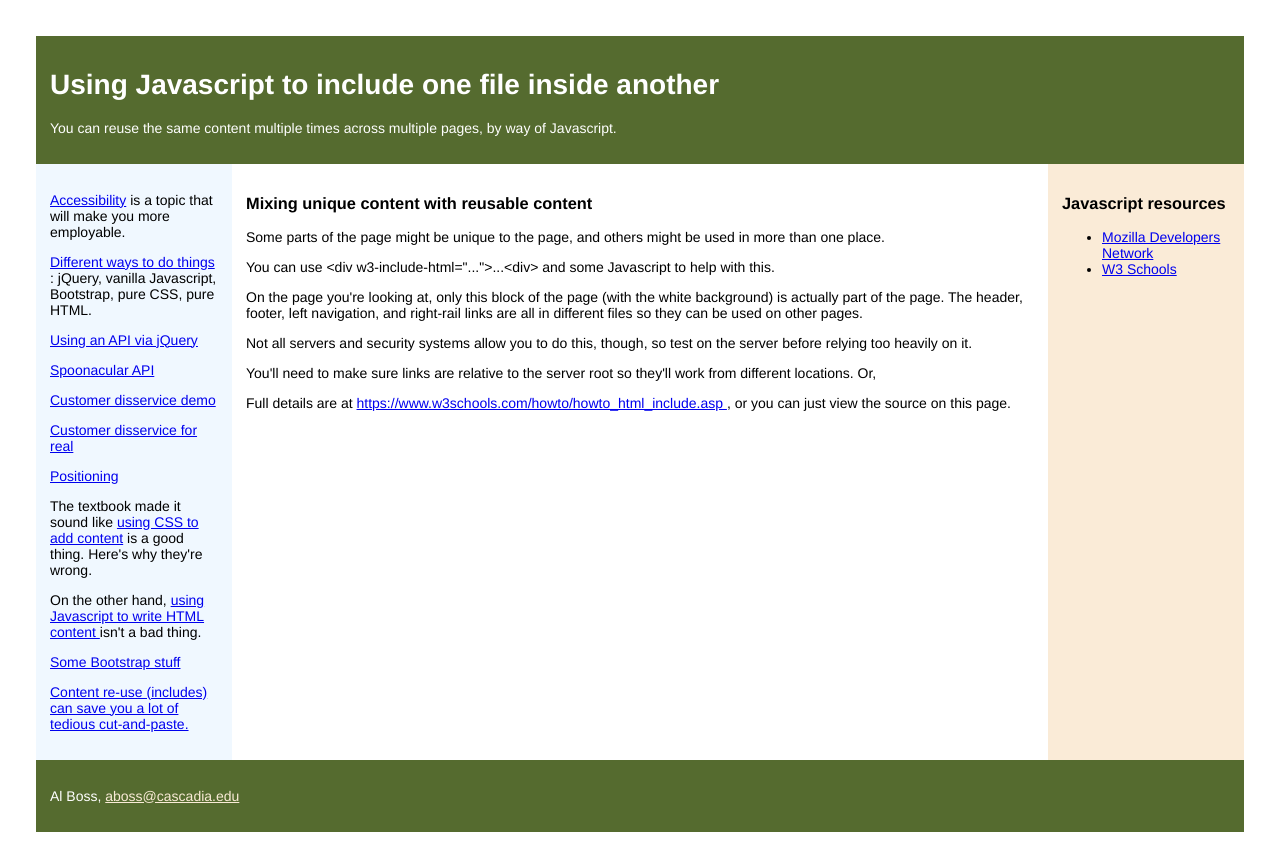
Repository: alboss/bit-175
Page: docs/includes-index.html
These files come from the project's save history. The page is drawn as it stood at one moment and after the next save; the edit follows.
The browser window is 1280 px wide. The pictures show the whole page.

Above is the page before, as saved 2023-05-10 17:26:39.

After the next save:
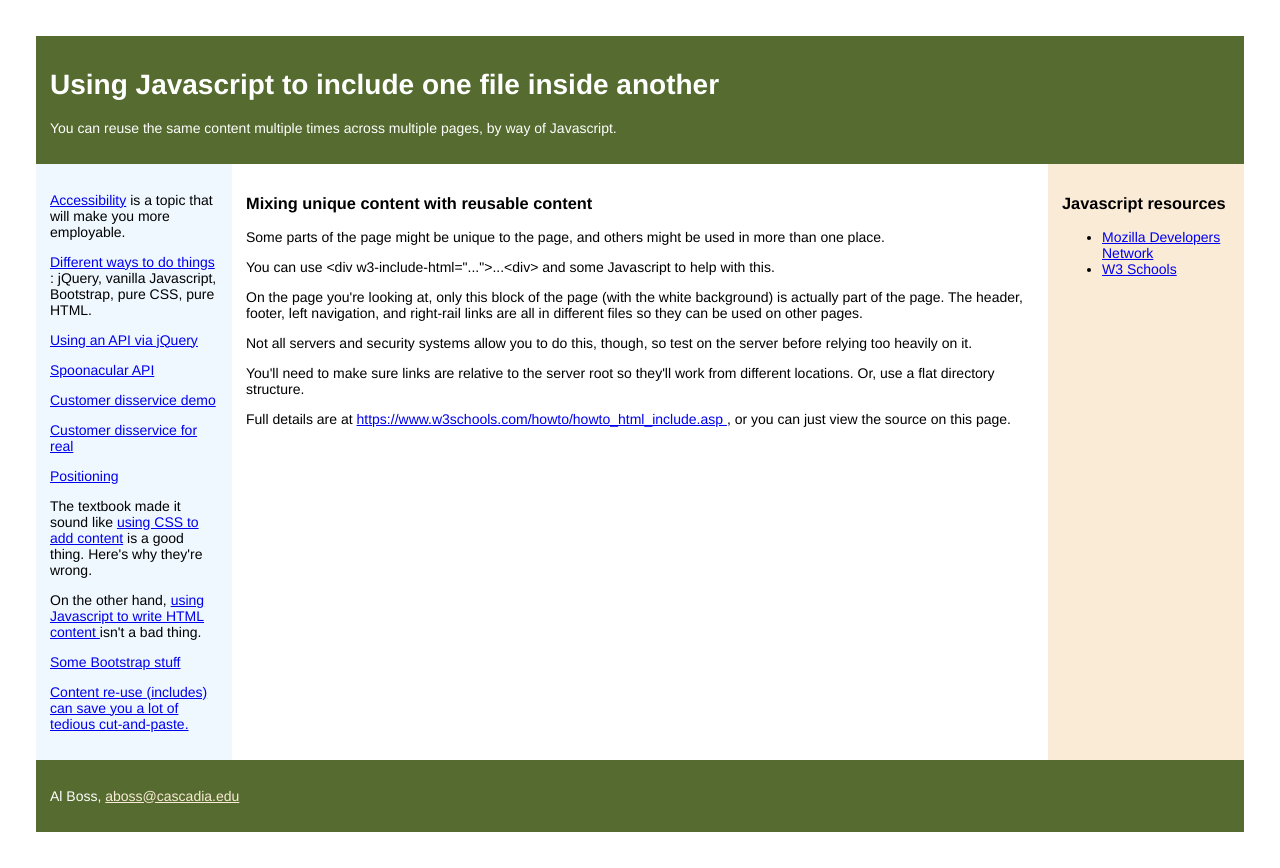
Saved 7 s later.
--- a/docs/includes-index.html
+++ b/docs/includes-index.html
@@ -81,7 +81,8 @@
         </p>
         <p>
           You'll need to make sure links are relative to the server root so
-          they'll work from different locations. Or,
+          they'll work from different locations. Or, use a flat directory
+          structure.
         </p>
         <p>
           Full details are at
